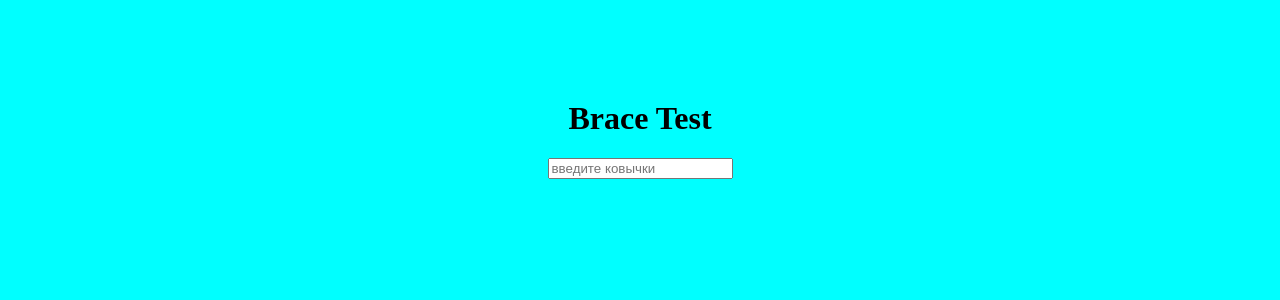
Repository: PGVlasov/braces
Page: index.html
The author's editor kept a copy of each file at every save. The page is drawn from the files as they stood at one save, then again after the next save.
The browser window is 1280 px wide. The pictures show the whole page.

Above is the page before, as saved 2021-04-06 19:59:56.

After the next save:
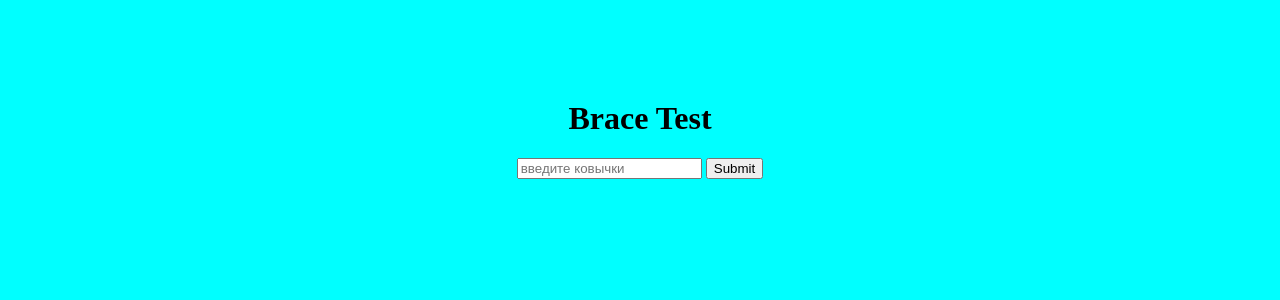
Saved 2 min 51 s later.
--- a/index.html
+++ b/index.html
@@ -9,6 +9,7 @@
         id="inputValue"
         placeholder="введите ковычки"
       />
+      <input type="submit" />
     </form>
     <script src="index.js"></script>
   </div>
